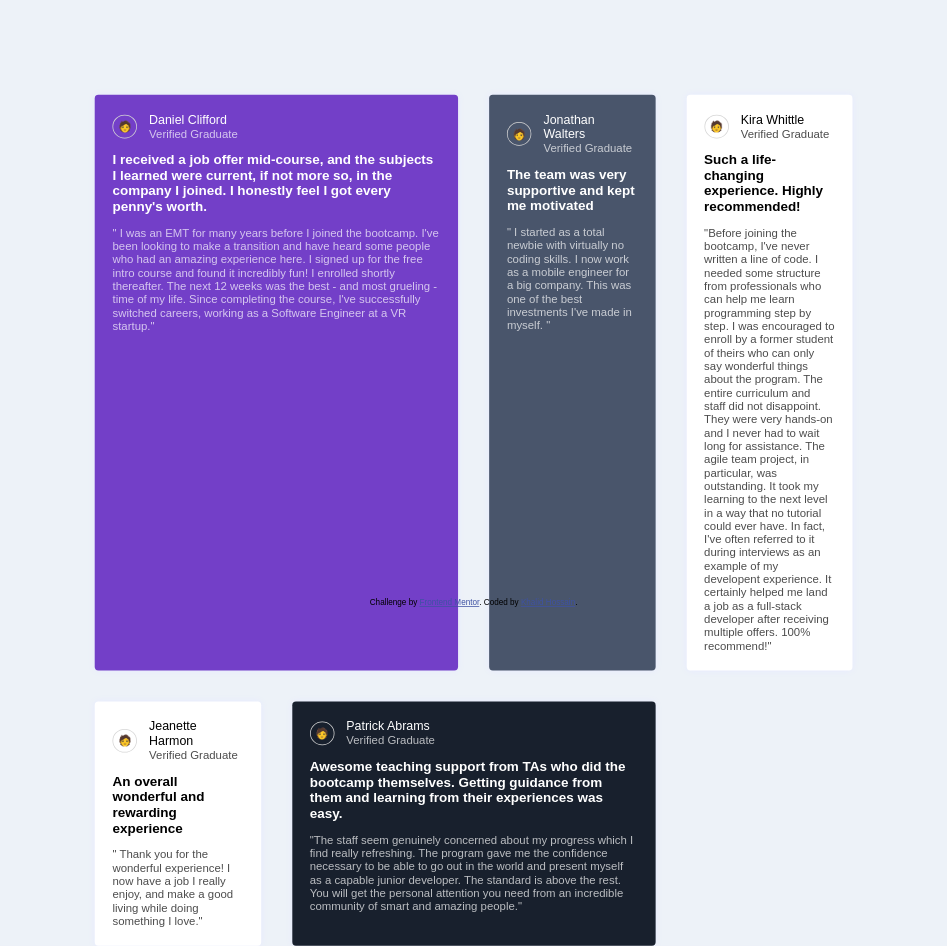
Repository: badhon252/Testimonials-Grid-Section
Page: index.html
The author's editor kept a copy of each file at every save. The page is drawn from the files as they stood at one save, then again after the next save.
The browser window is 1280 px wide. The pictures show the whole page, at 74% of full size.

Above is the page before, as saved 2023-02-18 20:58:46.

After the next save:
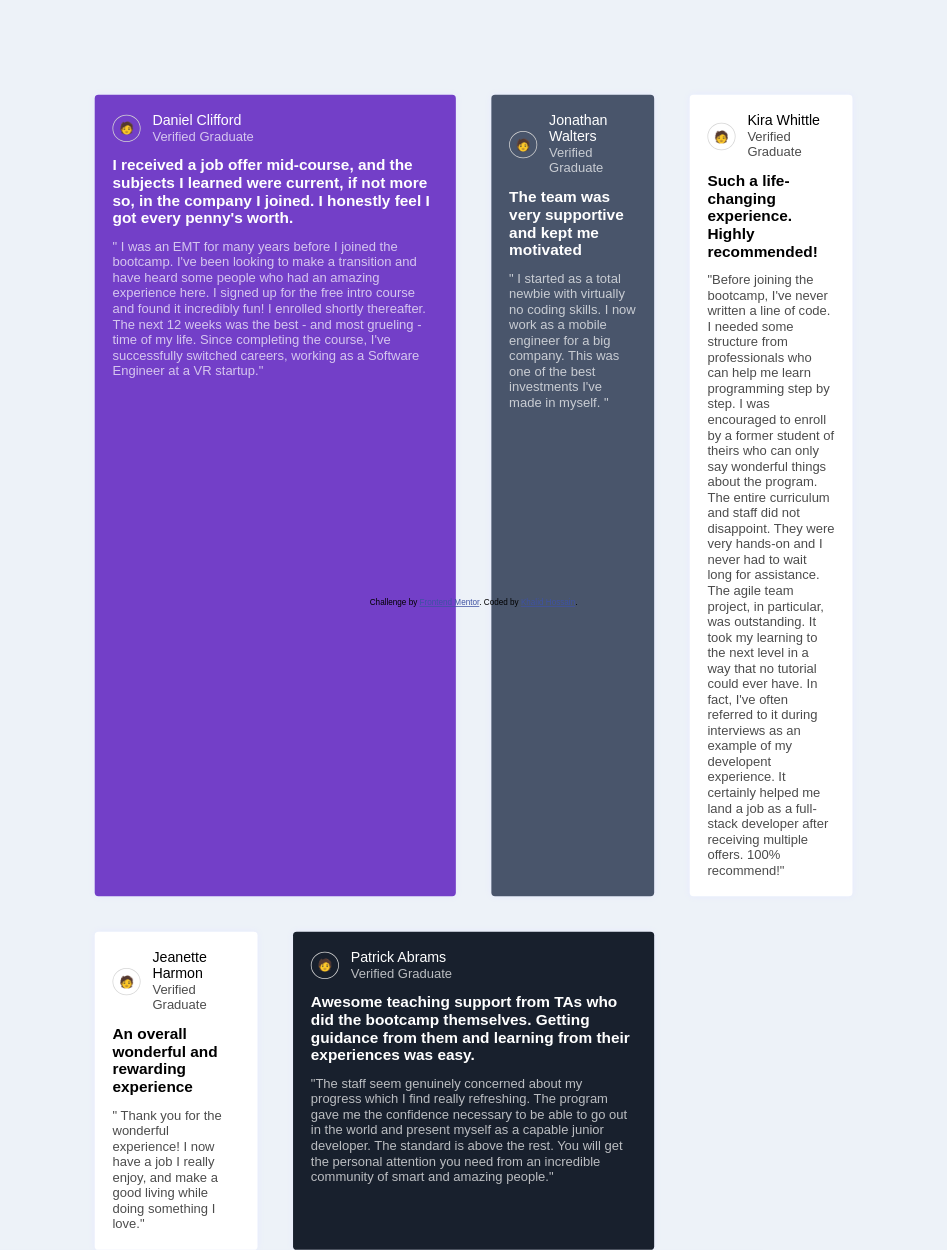
Saved 13 s later.
--- a/css/style.css
+++ b/css/style.css
@@ -8,7 +8,6 @@
 body {
     height: 100vh;
     background-color: #edf2f8;
-    font-size: 14px;
 }
 
 .name {

After the save that followed:
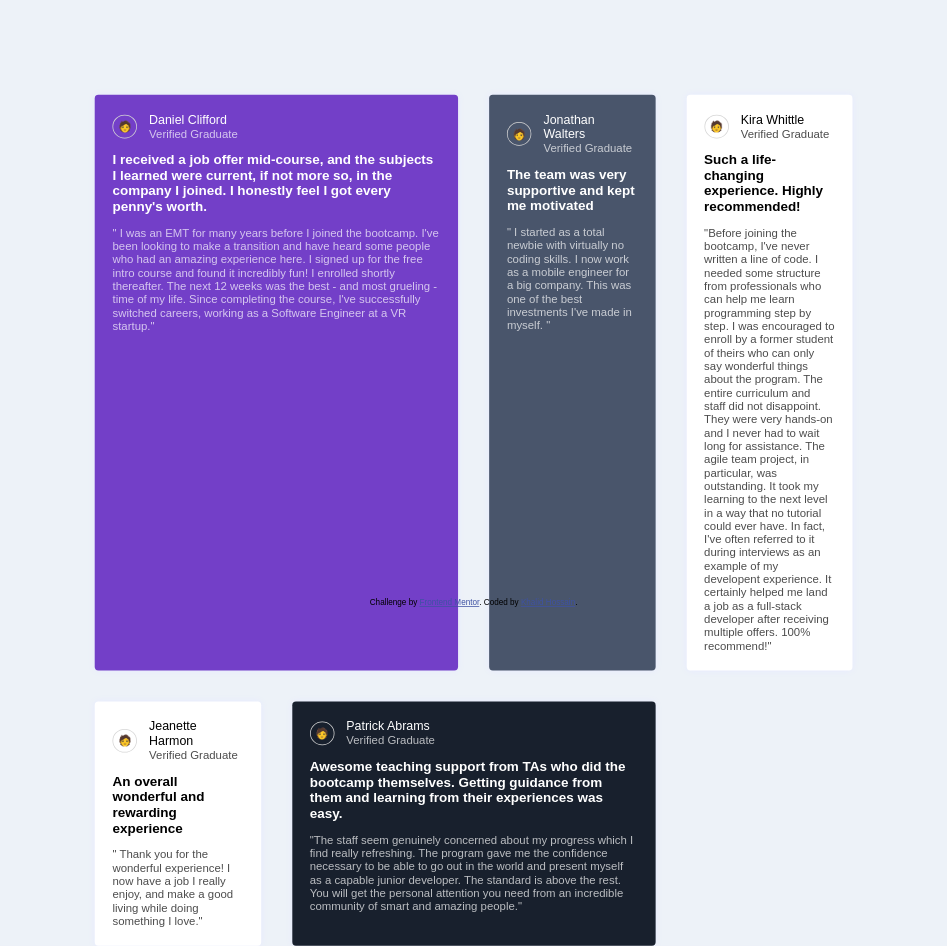
Saved 4 s later.
--- a/css/style.css
+++ b/css/style.css
@@ -8,6 +8,7 @@
 body {
     height: 100vh;
     background-color: #edf2f8;
+    font-size: 14px;
 }
 
 .name {
